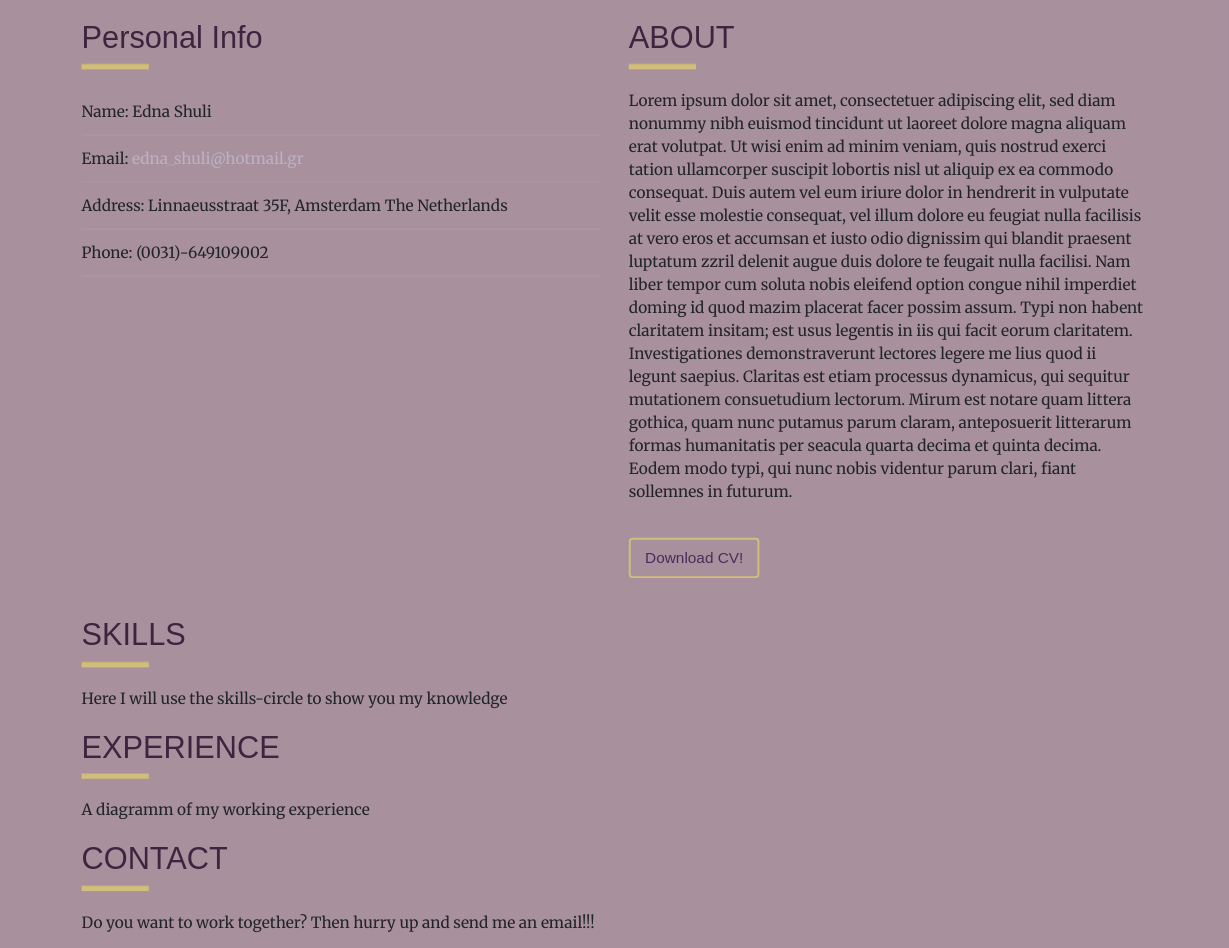
Repository: edshuli/Portfolio
Page: index.html
The author's editor kept a record of every edit. The page is drawn from the files as they stood at one moment, then again after the next edit.
The browser window is 1280 px wide. The pictures show the part of the page from y = 720 to 1708 px (the page is 1708 px tall), at 96% of full size.
Backgrounds fixed to the window are drawn as part of the page. Some web fonts or font styles are not loaded; a fallback is used.

Above is the page before.

After the next edit:
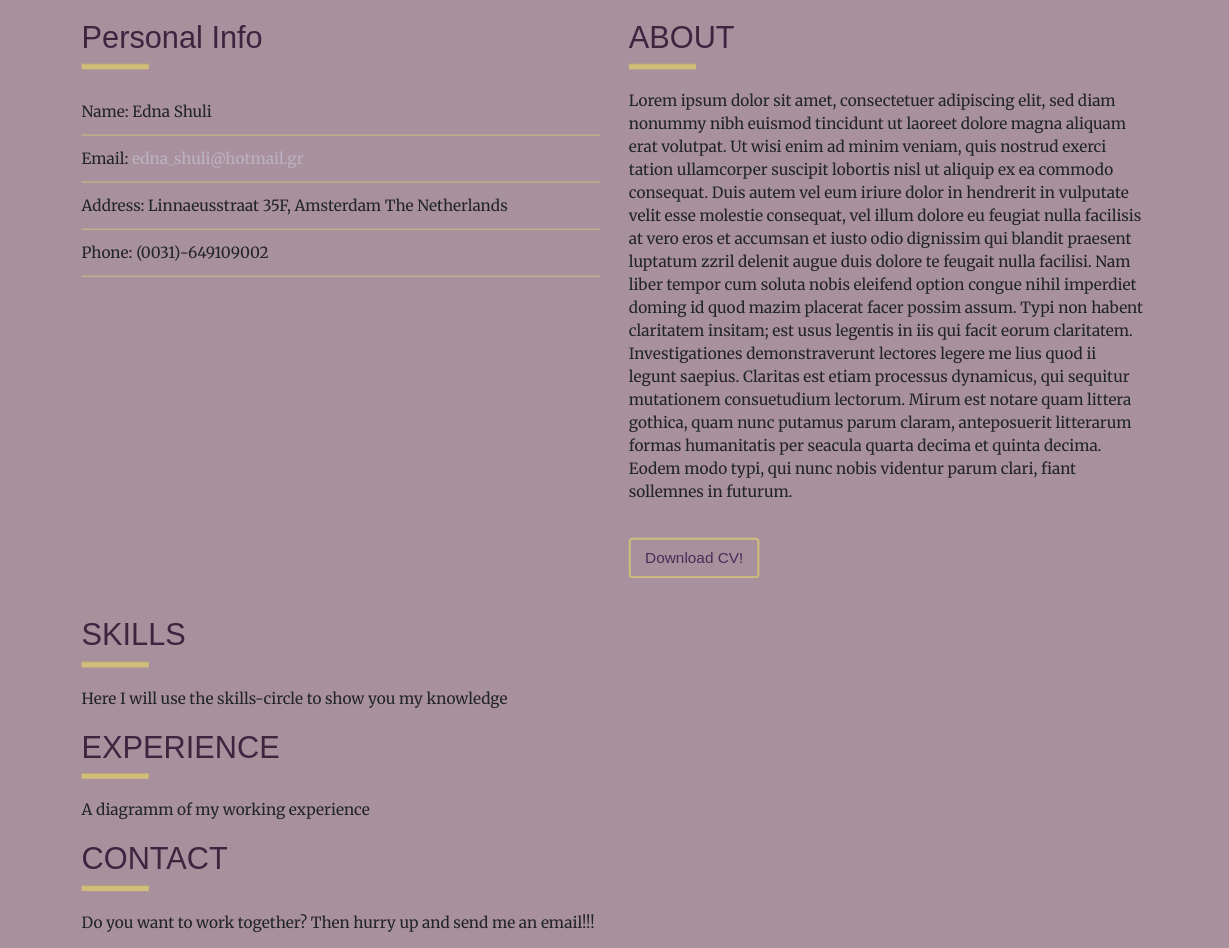
The edit:
--- a/assets/css/style.css
+++ b/assets/css/style.css
@@ -156,7 +156,7 @@
     padding:0;
 }
 .personal-info ul li {
-    border-bottom: 1px solid rgba(235, 235, 235, 0.1);
+    border-bottom: 1px solid #d1be7b;
     padding: 12px 0;
     list-style:none;
 
